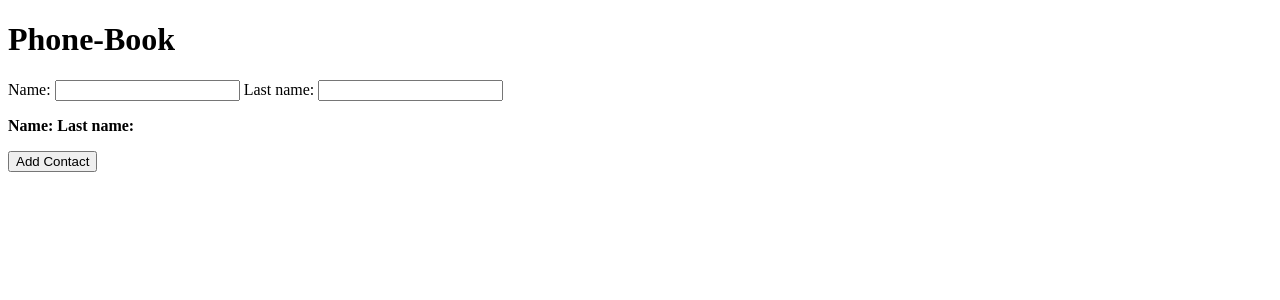
Repository: STA1357/Phone-book
Page: Inner.html
The author's editor kept a copy of each file at every save. The page is drawn from the files as they stood at one save, then again after the next save.
The browser window is 1280 px wide. The pictures show the whole page.

Above is the page before, as saved 2020-12-08 09:03:02.

After the next save:
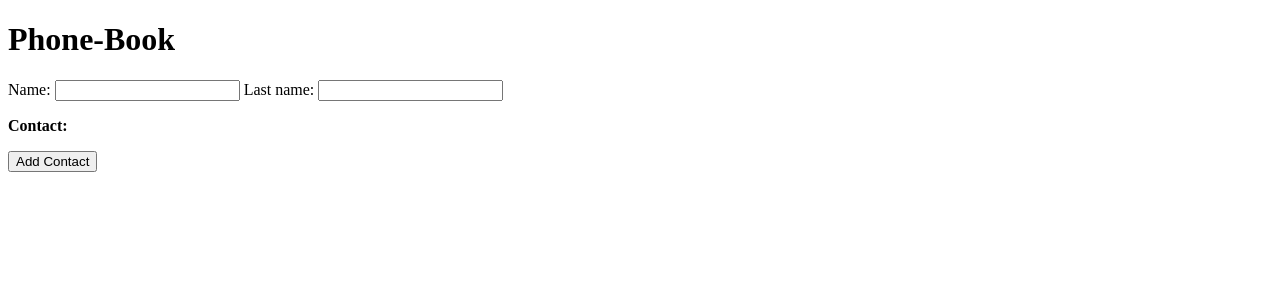
Saved 47 s later.
--- a/Inner.html
+++ b/Inner.html
@@ -23,9 +23,9 @@
                 <input type="text" id="lnameInput">
             </div>
             <p>
-                <b>Name:</b>
+                <b>Contact:</b>
                 <b id="nameOutput"></b>
-                <b>Last name:</b>
+
                 <b id="lnameOutput"></b>
             </p>
         </main>
